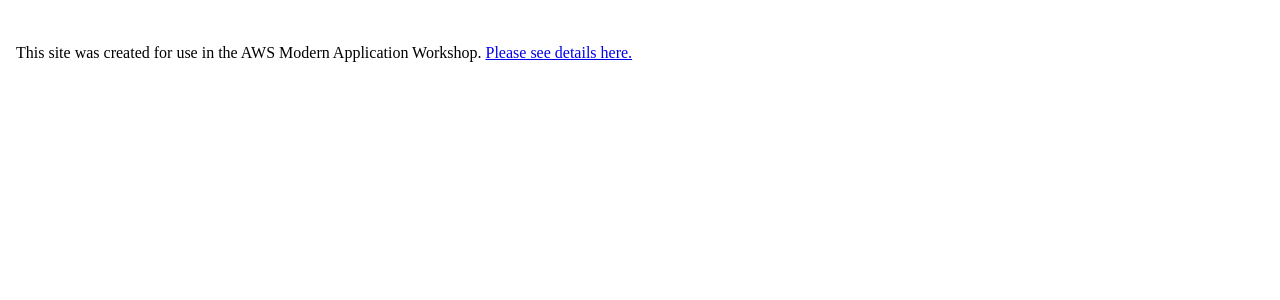
Repository: sleddog/methods
Page: projects/p6-aws/environment/index.html
The author's editor kept a record of every edit. The page is drawn from the files as they stood at one moment, then again after the next edit.
The browser window is 1280 px wide. The pictures show the whole page.

Above is the page before.

### projects/p6-aws/environment/index.html
<html lang="en">
  <body>
    <p>
      <br>
      <br>
      &nbsp;&nbsp;This site was created for use in the AWS Modern Application Workshop. <a href="https://github.com/aws-samples/aws-modern-application-workshop">Please see details here.</a>
    </p>
  </body>
</html>

After the next edit:
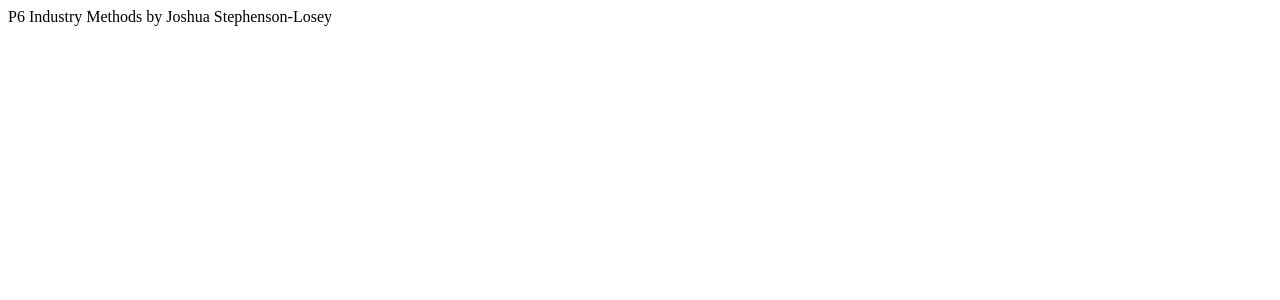
The edit:
--- a/projects/p6-aws/environment/index.html
+++ b/projects/p6-aws/environment/index.html
@@ -1,9 +1,7 @@
 <html lang="en">
   <body>
     <p>
-      <br>
-      <br>
-      &nbsp;&nbsp;This site was created for use in the AWS Modern Application Workshop. <a href="https://github.com/aws-samples/aws-modern-application-workshop">Please see details here.</a>
+      P6 Industry Methods by Joshua Stephenson-Losey
     </p>
   </body>
 </html>
